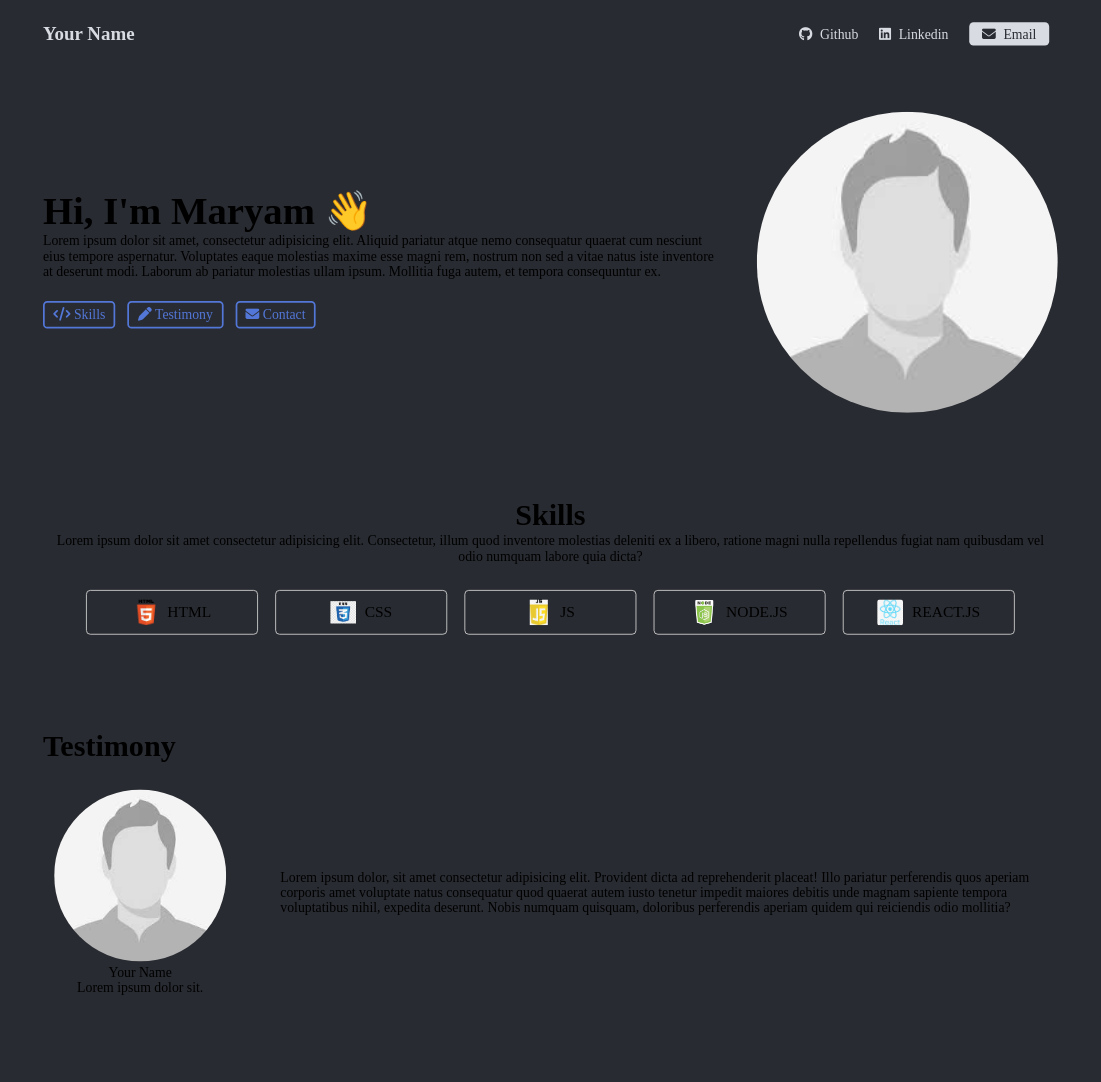
Repository: MaramMaryam/my-portfolio-test
Page: index.html
The author's editor kept a copy of each file at every save. The page is drawn from the files as they stood at one save, then again after a run of saves.
The browser window is 1280 px wide. The pictures show the whole page, at 86% of full size.
Some web libraries are served in a nearby version.

Above is the page before, as saved 2024-09-20 19:16:42.

### index.html
<!DOCTYPE html>
<html lang="en">

<head>
    <meta charset="UTF-8">
    <meta name="viewport" content="width=device-width, initial-scale=1.0">

    <link rel="preconnect" href="https://fonts.googleapis.com">
    <link rel="preconnect" href="https://fonts.gstatic.com" crossorigin>
    <link
        href="https://fonts.googleapis.com/css2?family=Poppins:ital,wght@0,100;0,200;0,300;0,400;0,500;0,600;0,700;0,800;0,900;1,100;1,200;1,300;1,400;1,500;1,600;1,700;1,800;1,900&display=swap"
        rel="stylesheet">

    <link rel="stylesheet" href="https://cdnjs.cloudflare.com/ajax/libs/font-awesome/6.6.0/css/all.min.css"
        integrity="sha512-Kc323vGBEqzTmouAECnVceyQqyqdsSiqLQISBL29aUW4U/M7pSPA/gEUZQqv1cwx4OnYxTxve5UMg5GT6L4JJg=="
        crossorigin="anonymous" referrerpolicy="no-referrer" />

    <link rel="stylesheet" href="styles.css">
    <title>My Portfolio</title>
</head>

<body>
    <!--navbar-->
    <nav>
        <div class="left">
            <a href="/"> Your Name </a>
        </div>
        <div class="right">
            <a href="http://github.com" target="_blank" rel="">
                <i class="fa-brands fa-github"></i>
                <span>Github</span>
            </a>

            <a href="http://linkedin.com" target="_blank" rel="">
                <i class="fa-brands fa-linkedin"></i>
                <span>Linkedin</span>
            </a>

            <a href="mailto:example@gmail.com">
                <i class="fa-solid fa-envelope"></i>
                <span>Email</span>
            </a>
        </div>
    </nav>
    <main>
        <!--section1-->
        <section class="hero-section">
            <div class="text">
                <h2>Hi, I'm Maryam 👋</h2>
                <p>Lorem ipsum dolor sit amet, consectetur adipisicing elit.
                    Aliquid pariatur atque nemo consequatur quaerat cum nesciunt eius tempore aspernatur.
                     Voluptates eaque molestias maxime esse magni rem, nostrum non sed a vitae natus iste inventore at deserunt modi.
                    Laborum ab pariatur molestias ullam ipsum.
                    Mollitia fuga autem, et tempora consequuntur ex.</p>

                    <div class="links">
                        <a href="#skills">
                            <i class="fa-solid fa-code"></i>
                            <span>Skills</span>
                        </a>
                        <a href="#testimony">
                            <i class="fa-solid fa-pen"></i>
                            <span>Testimony</span>
                        </a>
                        <a href="#contact">
                            <i class="fa-solid fa-envelope"></i>
                            <span>Contact</span>
                        </a>
                    </div>
            </div>
            <div class="headshot">
                <img src="images/headshot.jfif" alt="">
            </div>
        </section>
        <!--section2: skills-->
        <section id="skills" class="skills-section">
            <h2>Skills</h2>
            <div class="text">
                Lorem ipsum dolor sit amet consectetur adipisicing elit. Consectetur,
                illum quod inventore molestias deleniti ex a libero,
                ratione magni nulla repellendus fugiat nam quibusdam vel odio numquam labore quia dicta?
            </div>

            <div class="cells">
                <div class="cell">
                    <img src="images/HTML5.webp" alt="HTML5 logo">
                    <span>HTML</span>
                </div>

                <div class="cell">
                    <img src="images/css.webp" alt="css logo">
                    <span>CSS</span>
                </div>

                <div class="cell">
                    <img src="images/js.webp" alt="js logo">
                    <span>JS</span>
                </div>

                <div class="cell">
                    <img src="images/node.webp" alt="node logo">
                    <span>NODE.JS</span>
                </div>

                <div class="cell">
                    <img src="images/react.webp" alt="react logo">
                    <span>REACT.JS</span>
                </div>
            </div>
        </section>
        <!--section3: testimony-->
        <section id="testimony" class="testimony-section">
            <h2>Testimony</h2>
            <div class="group">
                <div class="person-details">
                    <img src="images/headshot.jfif" alt="">
                    <p>Your Name</p>
                    <p>Lorem ipsum dolor sit.</p>
                </div>
                <div class="text">
                    Lorem ipsum dolor, sit amet consectetur adipisicing elit. Provident dicta ad
                    reprehenderit placeat! Illo pariatur perferendis quos aperiam corporis amet voluptate
                    natus consequatur quod quaerat autem iusto tenetur impedit maiores debitis unde magnam
                    sapiente tempora voluptatibus nihil, expedita deserunt.
                    Nobis numquam quisquam, doloribus perferendis aperiam quidem qui reiciendis odio mollitia?
                </div>
            </div>
        </section>
        <!--section4: contact-->
        <section id="contact"></section>
    </main>
</body>

</html>

### styles.css
:root {
  --text-color: #d8dce2;
  --link-color: #5377d8;
  --background-color: #282b31;
}
* {
  margin: 0;
  padding: 0;
  box-sizing: border-box;
}
html {
  scroll-behavior: smooth;
}
body {
  font-family: "Poppins" sans-serif;
  background-color: var(--background-color);
}
a {
  color: var(--link-color);
  text-decoration: none;
}

/* NAVBAR */
nav {
  display: flex;
  justify-content: space-between;
  padding: 0 50px;
  height: 80px;
  align-items: center;
}
nav .left a {
  color: var(--text-color);
  font-size: 22px;
  font-weight: 600;
}
nav .right a {
  color: var(--text-color);
  margin: 0 10px;
}
nav .right a:last-child {
  color: var(--background-color);
  background-color: var(--text-color);
  padding: 5px 15px;
  border-radius: 5px;
}
nav .right a span {
  margin-left: 5px;
}
/* SECTION 1: HERO */
.hero-section {
  display: flex;
  justify-content: space-between;
  align-items: center;
  padding: 0 50px;
  margin: 50px 0;
  gap: 40px;
  margin-bottom: 100px;
}
.hero-section .text {
  flex: 5;
}
.hero-section .text h2 {
  font-size: 45px;
}
.hero-section .text .links {
  margin-top: 25px;
}
.hero-section .text .links a {
  display: inline-block;
  padding: 5px 10px;
  border: 2px solid var(--link-color);
  border-radius: 5px;
  margin-right: 10px;
  margin-bottom: 10px;
  transition: 0.1s;
}
.hero-section .text .links a:hover {
  color: var(--text-color);
  border: 2px solid var(--text-color);
}
.hero-section .headshot {
  flex: 2;
  display: flex;
  justify-content: right;
}
.hero-section .headshot img {
  border-radius: 50%;
  width: 350px;
}

/* SECTION 2:Skills */
.skills-section {
  padding: 0 50px;
  margin-bottom: 100px;
}

.skills-section h2 {
  text-align: center;
  font-size: 35px;
}
.skills-section .text {
  text-align: center;
  margin-bottom: 20px;
}
.skills-section .cells {
  display: flex;
  justify-content: center;
  flex-wrap: wrap;
}
.skills-section .cells .cell {
  display: flex;
  justify-content: center;
  align-items: center;
  gap: 10px;
  width: 200px;
  padding: 10px 20px;
  margin: 10px;
  border: 1.5px solid #d3d3d3;
  border-radius: 5px;
}
.skills-section .cells .cell img {
  width: 30px;
  height: 30px;
  object-fit: contain;
  border-radius: 3px;
}
.skills-section .cells .cell span {
  font-size: 18px;
}

/* SECTION 3: Testimony  */
.testimony-section {
  padding: 0 50px;
  margin-bottom: 100px;
}
.testimony-section h2 {
  font-size: 35px;
  margin-bottom: 30px;
}
.testimony-section .group {
    display: flex;
    align-items: center;
    gap: 50px;
}
.testimony-section .group .person-details {
    text-align: center;
    flex: 2;
}
.testimony-section .group .person-details img {
    width: 200px;
    aspect-ratio: 1/1;
    object-fit: cover;
    border-radius: 50%;
}
.testimony-section .group .person-details p {
    font-weight: 400;
}
.testimony-section .group  .text {
    flex: 8;
}

@media (max-width: 850px) {
  /* SECTION1 : HERO*/
  .hero-section .text h2 {
    font-size: 35px;
  }
}

@media (max-width: 740px) {
  /* SECTION1 : HERO*/
  .hero-section {
    flex-direction: column-reverse;
  }
  .hero-section .headshot img {
    width: 300px;
  }
}

@media (max-width: 600px) {
  /* NAVBAR */
  nav {
    padding: 0 20px;
  }
  nav .right a {
    font-style: 22px;
  }
  nav .right a:last-child {
    color: var(--text-color);
    background-color: transparent;
    padding: 0;
  }
  nav .right a span {
    display: none;
  }

  /* SECTION1:HERO */
  .hero-section {
    padding: 0 20px;
  }
  .hero-section .text h2 {
    font-size: 30px;
  }
  /* SECTION2: Skills */

  .skills-section {
    padding: 0 20px;
  }
  .skills-section .cells .cell span {
    font-size: 16px;
  }
}

After the next 6 saves:
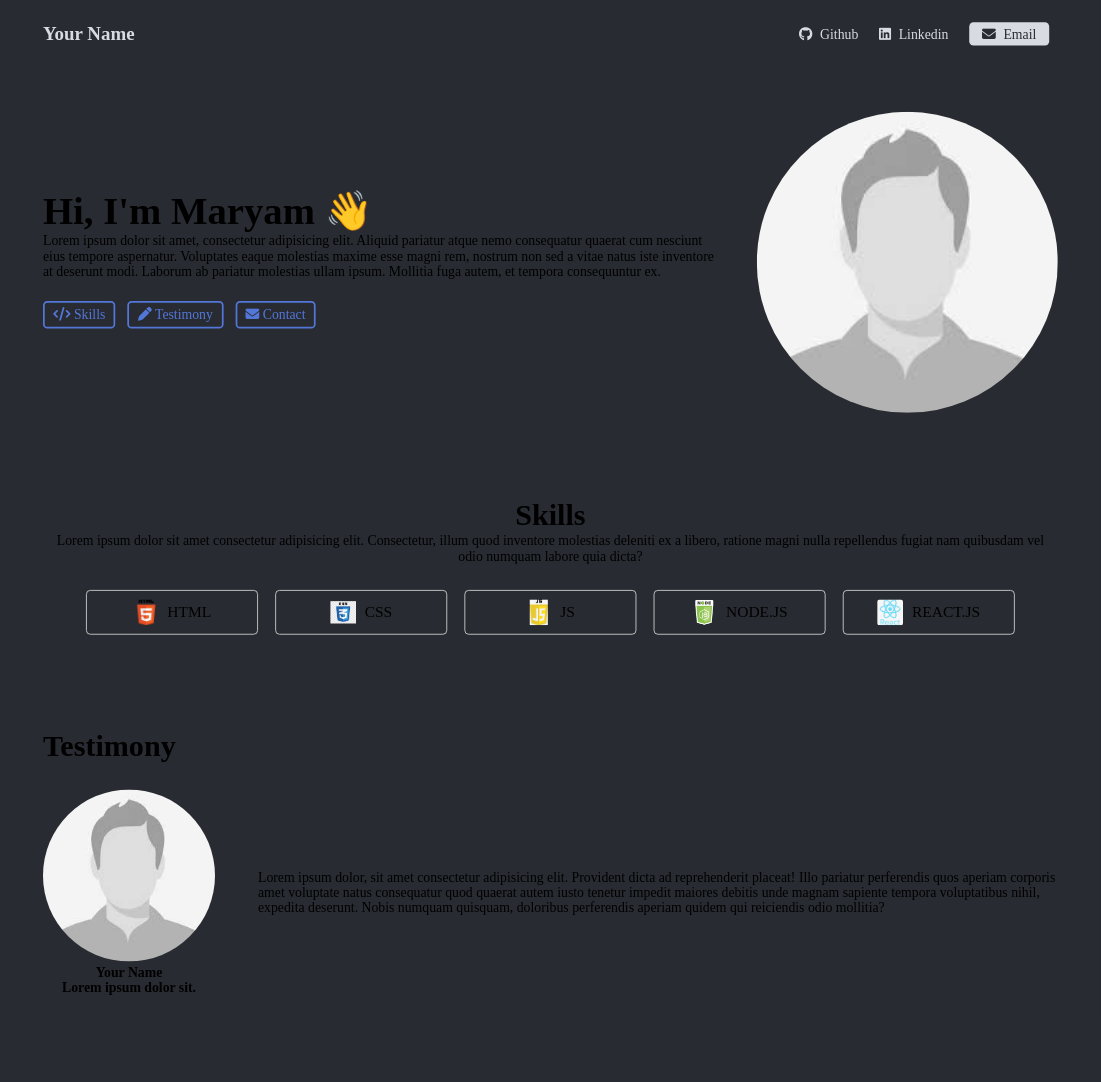
The 6 saves are shown as one change because they came seconds apart.
The last was saved 30 s later.
--- a/styles.css
+++ b/styles.css
@@ -153,8 +153,10 @@
     border-radius: 50%;
 }
 .testimony-section .group .person-details p {
-    font-weight: 400;
-}
+    font-weight: 600;
+}
+.testimony-section .group .person-details p:last-child
+
 .testimony-section .group  .text {
     flex: 8;
 }

After the save that followed:
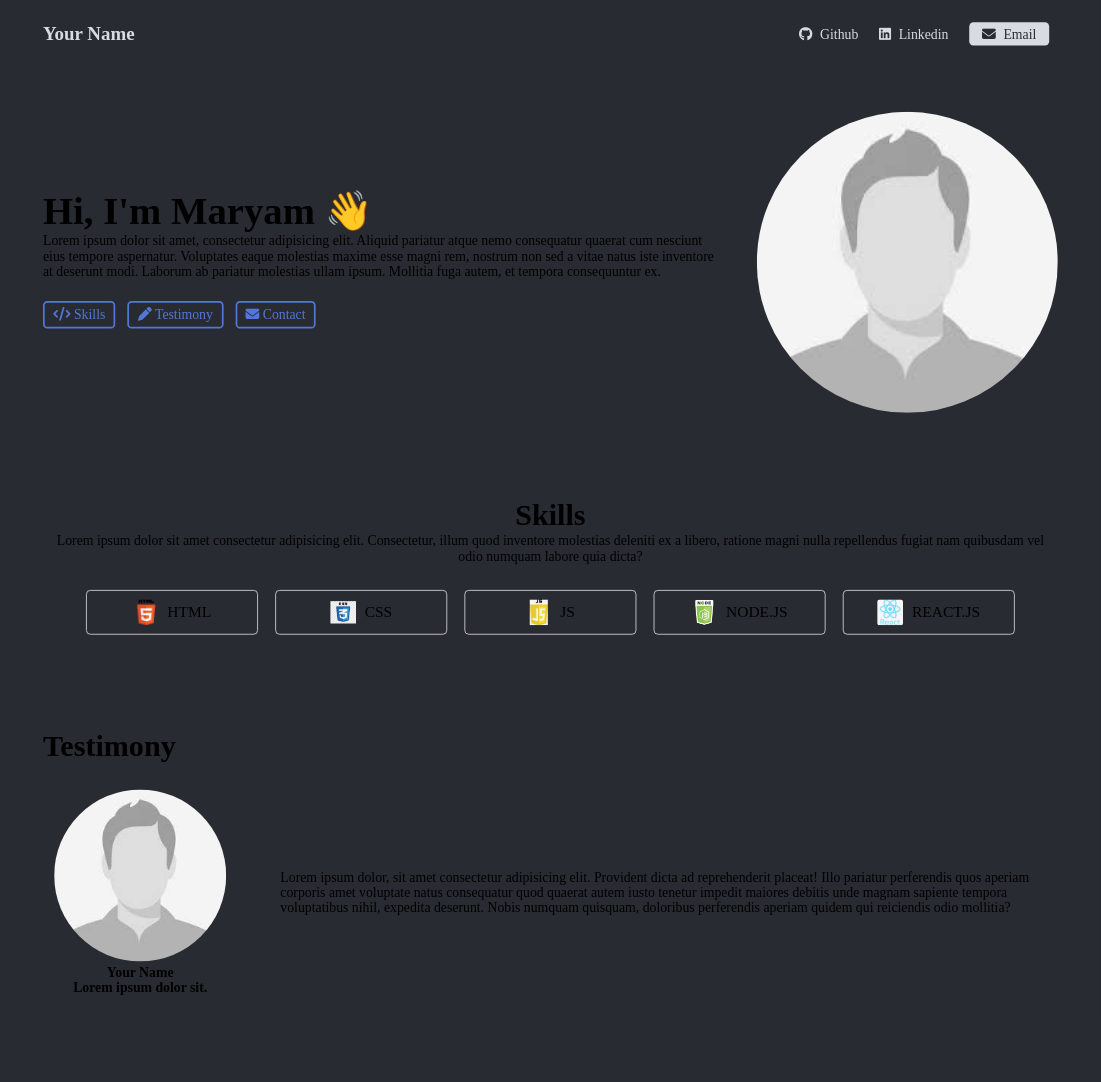
Saved 6 s later.
--- a/styles.css
+++ b/styles.css
@@ -155,7 +155,7 @@
 .testimony-section .group .person-details p {
     font-weight: 600;
 }
-.testimony-section .group .person-details p:last-child
+.testimony-section .group .person-details p:last-child {}
 
 .testimony-section .group  .text {
     flex: 8;
